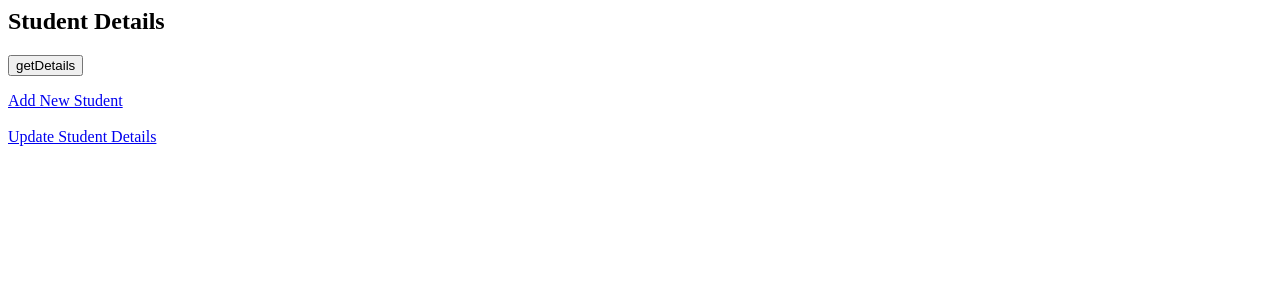
Repository: siva-0583/my-java-workspace
Page: http://localhost/jspcrud/
An editor plug-in stored every save of this project. The page is shown before and after the next save, followed by the edit.
The browser window is 1280 px wide. The pictures show the whole page.
The page is served by Tomcat 9. Other server files are loaded and not shown.

Above is the page before, as saved 2022-06-17 06:25:34.

### jspcrud/src/main/webapp/index.jsp
 <html>
<body>
<h2>Student Details</h2>

<form action="StudentService" method="get">

	<input type="submit" value="getDetails" />
</form>

<a href="addnew.jsp">Add New Student</a>

<br/><br/>

<a href="updatedata.jsp">Update Student Details</a>


</body>
</html>

After the next save:
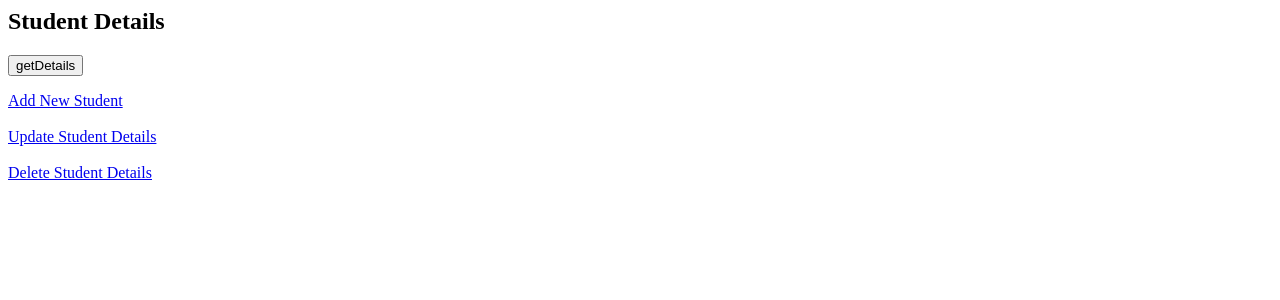
Saved 2 h 8 min later.
--- a/jspcrud/src/main/webapp/index.jsp
+++ b/jspcrud/src/main/webapp/index.jsp
@@ -13,6 +13,10 @@
 
 <a href="updatedata.jsp">Update Student Details</a>
 
+<br/><br/>
+
+<a href="deletedata.jsp">Delete Student Details</a>
+
 
 </body>
 </html>
